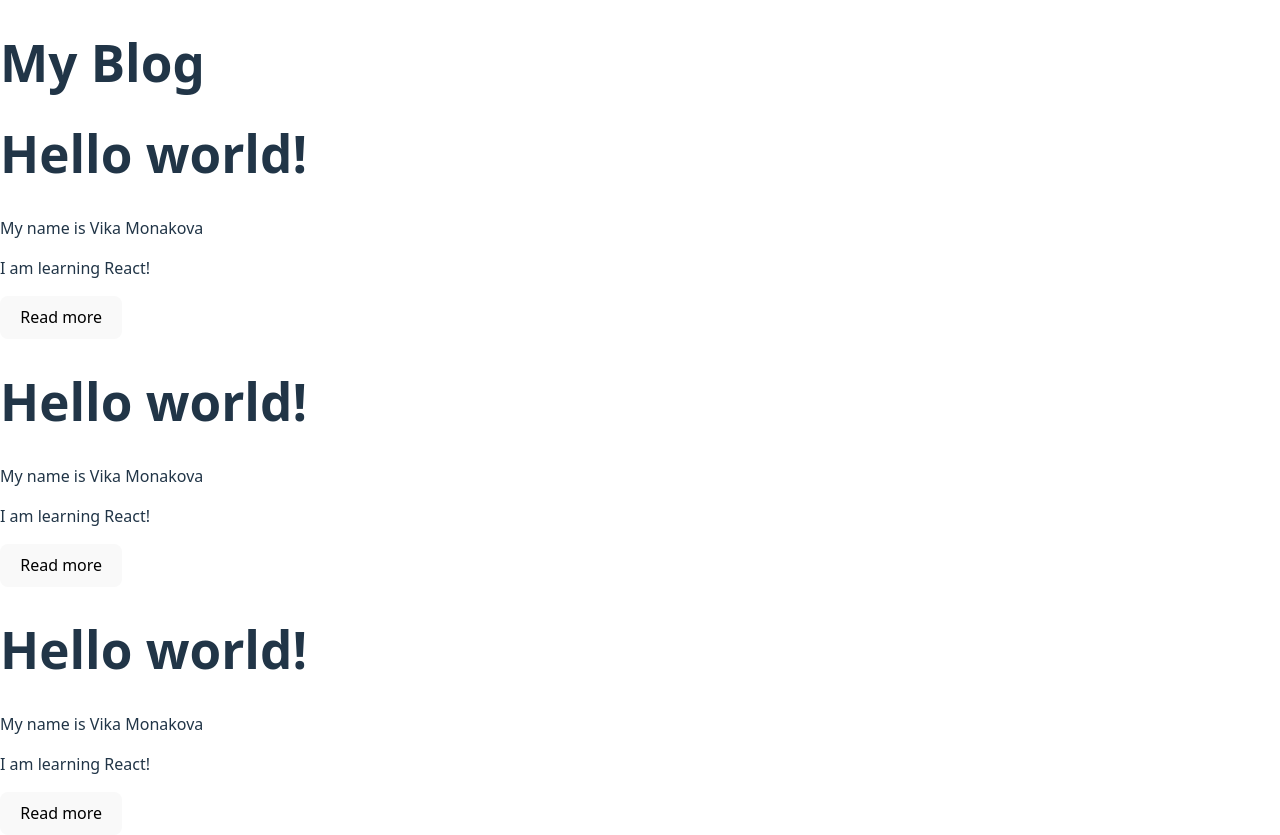
Repository: monavi77/front_web_dev_week1
Page: /
An editor plug-in stored every save of this project. The page is shown before and after the next save, followed by the edit.
The browser window is 1280 px wide. The pictures show the whole page.
The project was rebuilt for these pictures with package versions that can differ from the ones it lists, and the page was loaded fresh each time. Also part of the build but not shown: vite.config.js.

Above is the page before, as saved 2025-09-10 13:46:52.

After the next save:
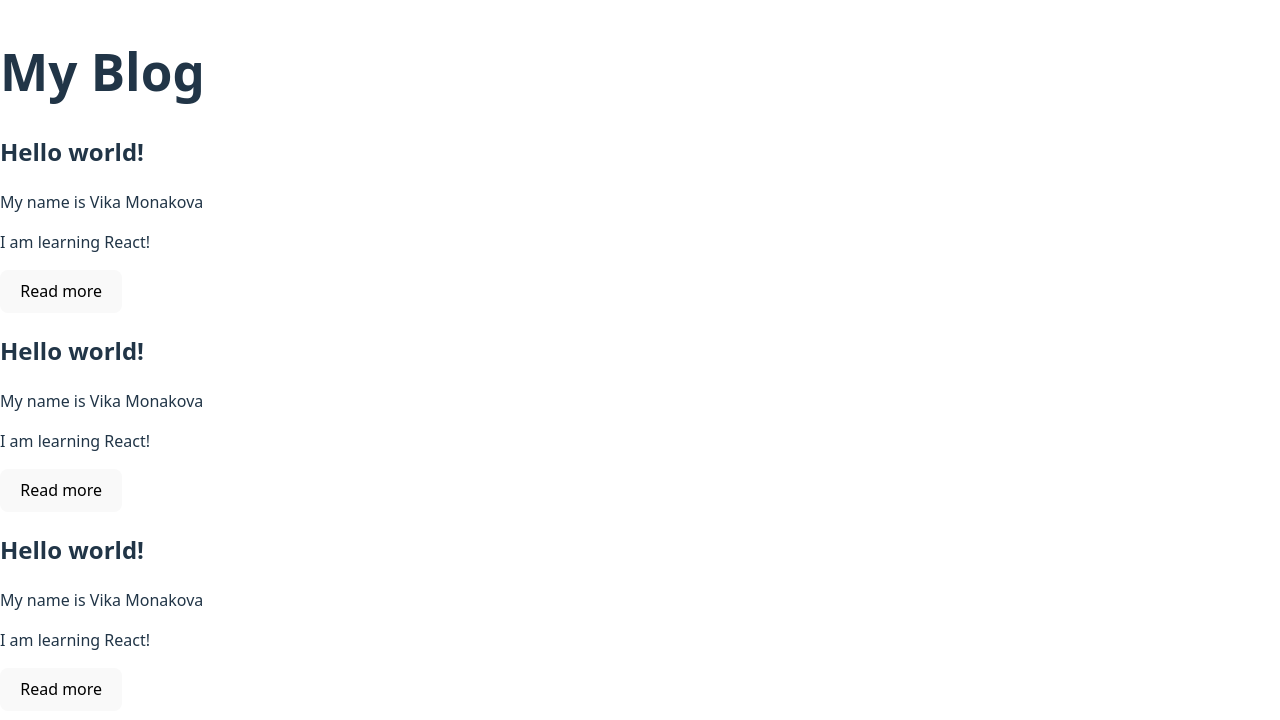
Saved 14 s later.
--- a/src/App.jsx
+++ b/src/App.jsx
@@ -15,7 +15,7 @@ function App() {
 function BlogEntry() {
   return (
     <div>
-      <h1>Hello world!</h1>
+      <h2>Hello world!</h2>
       <p>My name is Vika Monakova</p>
       <p>I am learning React!</p>
       <button>Read more</button>
